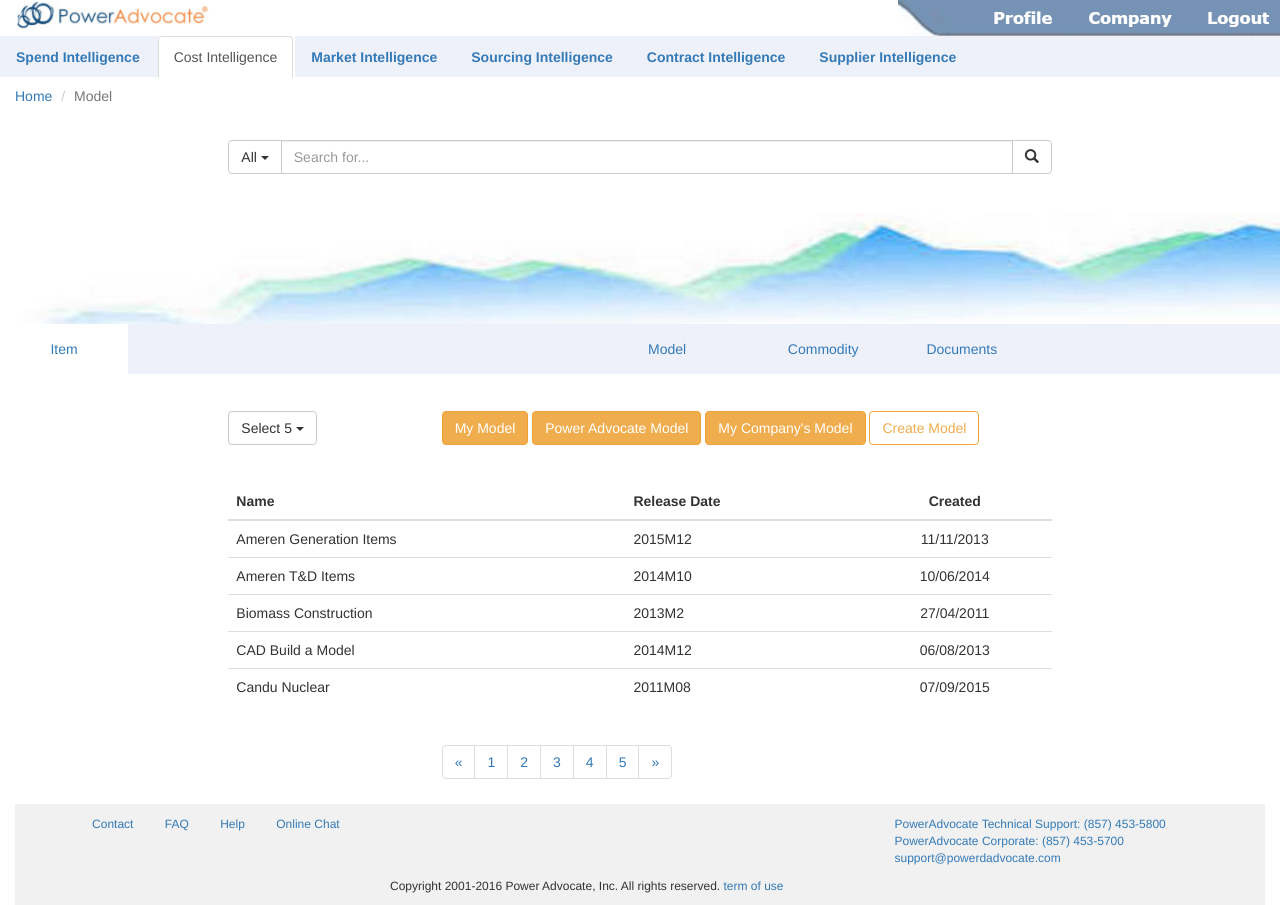
Repository: SamiraMansouri/PowerAdvocate-CostIntelligence-Application-new-Design-using-UserExperience-Method-
Page: http://localhost/PowerAdvocate/WEB-INF/views/Item.jsp
The author's editor kept a copy of each file at every save. The page is drawn from the files as they stood at one save, then again after the next save.
The browser window is 1280 px wide. The pictures show the whole page.
The page is served by Tomcat 9. Nobody is signed in. The template is opened directly, without the code that normally fills it, so the values that code supplies are empty.

Above is the page before, as saved 2016-04-25 01:47:57.

After the next save:
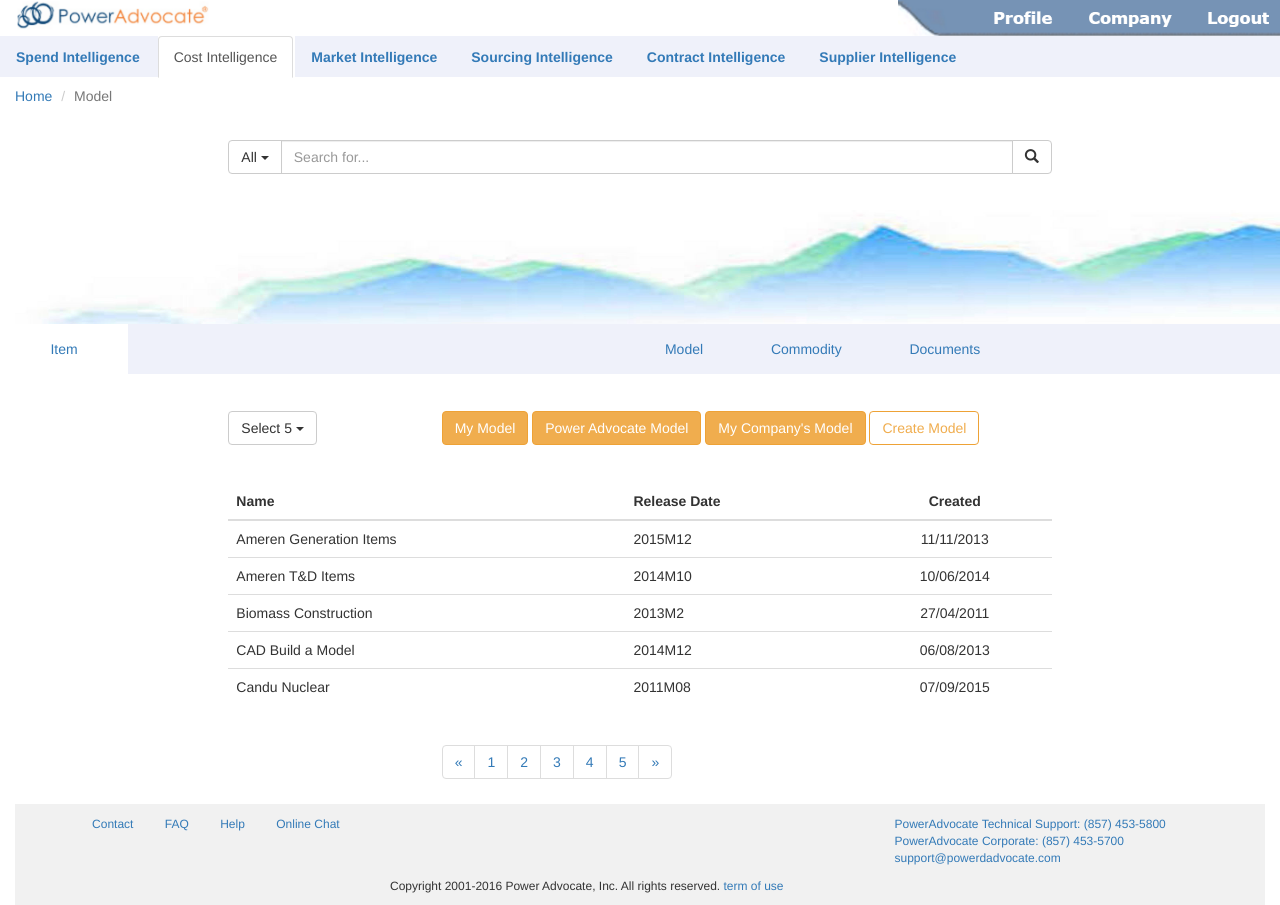
Saved 53 s later.
--- a/PowerAdvocate-Prototype/PowerAdvocate/src/main/webapp/WEB-INF/views/Item.jsp
+++ b/PowerAdvocate-Prototype/PowerAdvocate/src/main/webapp/WEB-INF/views/Item.jsp
@@ -207,7 +207,6 @@
 				<li><a href="#"></a></li>
 				<li><a href="#"></a></li>
 					<li ><a href="#">Model</a></li>
-									<li><a href="#"></a></li>
 					<li class="pull-left active" style="width:10%"><a href="/prototype/Item">Item</a></li>
 									<li><a href="#"></a></li>
 					<li><a href="/prototype/Commodity">Commodity</a></li>
